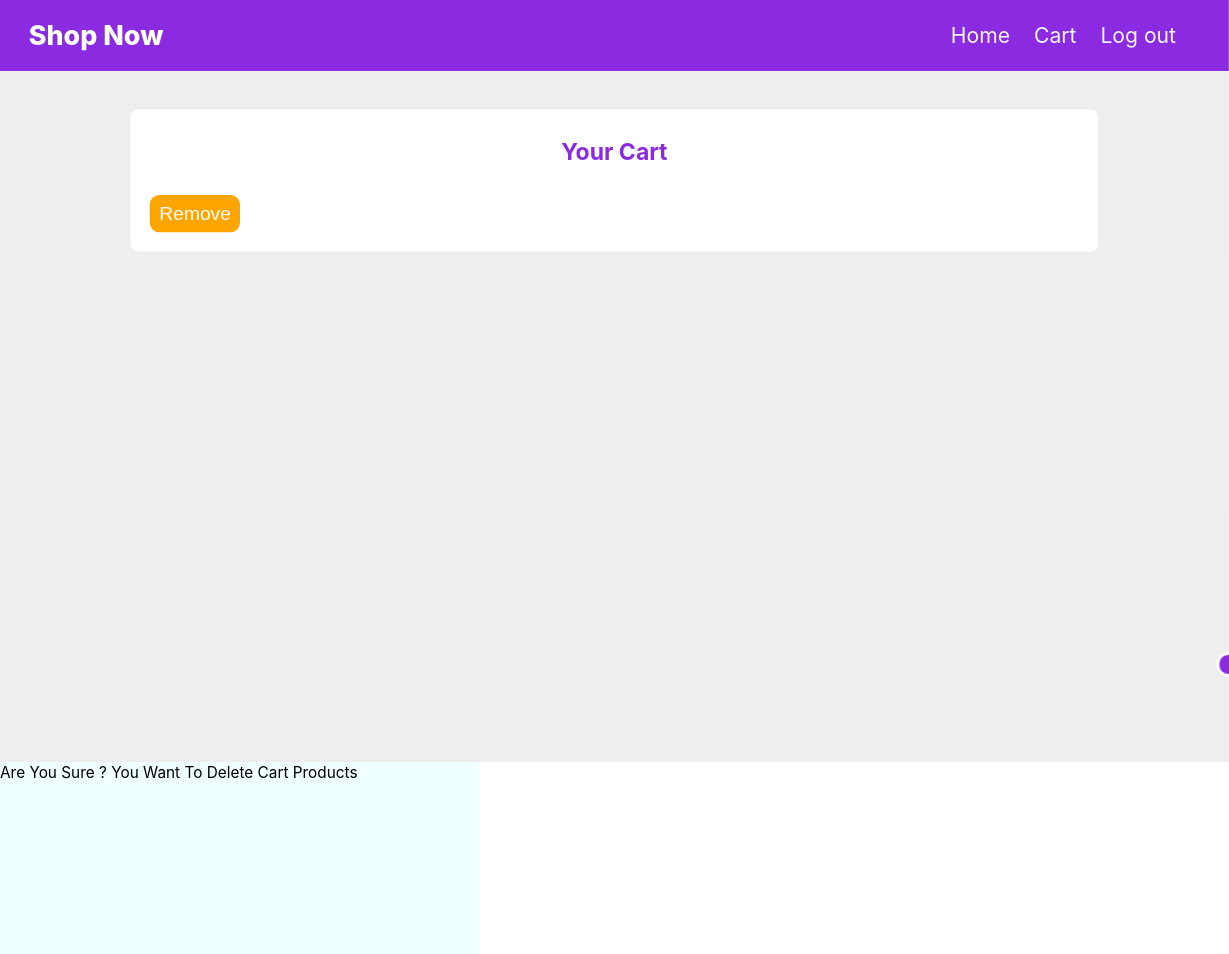
Repository: Eslam0Mohamed/simple-ecommerce-auth
Page: cart.html
An editor plug-in stored every save of this project. The page is shown before and after the next save, followed by the edit.
The browser window is 1280 px wide. The pictures show the whole page, at 96% of full size.
The page's requests for data from a server got no answer.

Above is the page before, as saved 2026-02-02 14:32:59.

### cart.html
<!DOCTYPE html>
<html lang="en">

<head>
    <meta charset="UTF-8">
    <meta name="viewport" content="width=device-width, initial-scale=1.0">
    <title>Cart</title>
    <link rel="stylesheet" href="style/style.css">
</head>

<body>
    <nav class="navbar">
        <div class="logo">Shop Now</div>
        <div class="nav-list">
            <ul>
                <li class="home-item">
                    <a href="index.html">Home</a>
                </li>
                <li class="cart-item">
                    <a href="cart.html">Cart</a>
                </li>
                <li class="logout-item">
                    <a href="login.html">Log out</a>
                </li>
                <li class="welcome-message"></li>
            </ul>
        </div>
    </nav>

    <section class="cart">
        <div class="cart-container">
            <h1 class="cart-heading">Your Cart</h1>
            <div class="cart-products-container">

            </div>
            <!-- <div class="cart-products">
                <div class="product-details">
                    <img src="./images/product.jpg" alt="">
                    <div class="product-details-text">
                        <h3>Lenovo Ideabad</h3>
                        <span>$300</span>
                    </div>
                </div>
                <div class="products-controls">
                    <button class="mince">- </button>
                    <button class="quantity">1</button>
                    <button class="plus">+</button>
                    <button class="remove">Remove</button>
                </div>
            </div> -->

            <h3 class="total-price"></h3>
             <button class="remove-all">Remove</button>
        </div>
    </section>

    <div class="model">
        <p class="model-message"></p>
    </div>
     <div class="delete-model">
        <p class=" delete-model-message">Are You Sure  ? You Want To Delete Cart Products</p>
    </div>

    <script src="javaScript/cart.js"></script>
</body>

</html>

### style/style.css
*{
    padding: 0;
    margin: 0;
    box-sizing: border-box;
}

body{
      font-family: "Inter", sans-serif;
      overflow-x: hidden;
}
span,a{
display: inline-block;
}
ul{
    list-style: none;
}
img{
    width: 100%;
    height: 100%;
}
a{
    text-decoration: none;
    color: inherit;
}

.navbar{
    padding: 20px 30px;
    background-color: blueviolet;
    display: flex;
    justify-content: space-between;
    align-items: center;
}
.logo{
    font-size: 28px;
    color: white;
    text-transform: capitalize;
    font-weight: 800;
    cursor: pointer;
}
.nav-list ul{
    display: flex;
    gap: 25px;
}
.nav-list ul li {
color: whitesmoke;
font-size: 22px;
font-weight: 400;
}
.nav-list ul li:hover{
    border-bottom: 1px solid black;
}
main{
    background-color: #eee;
    width: 100%;
    min-height: 100vh;
    padding: 25px 10px;
    position: relative;
}
main h1{
    text-align: center;
    font-weight: bold;
    padding: 25px 15px;
}
.container{
    width: 70%;
    margin:auto;
}
.products{
display: grid;
grid-template-columns: repeat(auto-fill,minmax(250px,1fr));
gap: 15px;
margin-top: 20px;
}
.product-box{
    background-color: white;
    border-radius: 24px;
    overflow: hidden;
}
.product-box img{
    width: 100%;
    height: 250px;
}
 .product-box .text-container{
    padding: 10px 15px;
    display: flex;
    justify-content: center;
    align-items: center;
    /* gap: 10px; */
    flex-direction: column;
}
.proudct-name{
    background-color: #eee;
    padding: 10px 15px;
    color: black;
    border-radius: 14px;
    font-size: 15px;
    text-align: center;
}
.product-price{
   color:blueviolet;
    padding: 8px 15px;
    border-radius: 4px;
    font-weight: 500;
    font-size: 18px;
}
.add-to-cart-button,.login-button{
    border: 2px solid #eee;
    background-color: blueviolet;
    color: #eee;
    padding: 8px 20px;
    border-radius: 10px;
    font-size: 18px;
    transition: all 0.3s;
    cursor: pointer;
}
.add-to-cart-button:hover{
    background-color: white;
    color: blueviolet;

}

.pagination{
    display: flex;
    gap: 30px;
    padding: 20px 10px;
    justify-content: center;
}
.pagination button {
    border: 2px solid #eee;
    background-color: white;
    color: blueviolet;
    padding: 8px 20px;
    border-radius: 10px;
    font-size: 18px;
    transition: all 0.3s;
    cursor: pointer;
}


/* ! log in  */

.login{
    background-color: #eee;
    width: 100%;
    height: 100vh;
    display: flex;
    justify-content: center;
    align-items: center;
        position: relative;
}

.form-container{
    background-color: white;
    padding: 25px 30px;
    border-radius: 12px;
    width: 400px;
}
.input-item {
display: flex;
flex-direction: column;
gap: 8px;
margin: 15px 0;

}
.input-item label {
color: dimgrey;
font-weight: 500;
}
.input-item input{
padding: 12px 10px;
width: 100%;
border: 1px solid #ddd;
background-color: transparent;
color: dimgrey;
border-radius: 8px;
font-size: 18px;
}
input:focus{
    outline: none;
}
.login-heading{
    text-align: center;
}
.login-button{
    margin: 15px auto;
    width: 100%;
}

.model{
    background-color: blueviolet;
    color: white;
    position: fixed;
    bottom: 15px;
    right: 20px;
    padding: 10px 15px;
    border-radius: 12px;
    border: 3px solid #fff;
    transition: all 0.8s linear;
    transform: translateX(120%);
   }
.model p{
font-size: 16px;
}


/* & Cart */

.cart{
    background-color: #eee;
    width: 100%;
    padding: 10px;
    min-height: 100vh;

}

.cart-container{
    width: 80%;
    background-color: #fff;
    padding: 10px 15px;
    margin: 30px auto;
    border-radius:8px ;
    padding: 20px 20px;
}
.cart-container h1{
text-align: center;
color: blueviolet;
 padding: 10px 0;
}
.cart-products{
display: flex;
justify-content: space-between;
align-items: center;
padding: 20px 0px;
border-top:1px solid #ddd ;
}
.product-details{
display: flex;
align-items: center;
gap: 20px;
}
.product-details img{
background-color: aliceblue;
width: 100px;
height: 100px;
}
.product-details span{
color: blueviolet;
font-weight: 600;
font-size: 20px;
}
.product-details-text{
display: flex;
flex-direction: column;
gap: 10px;
}

.products-controls{
display: flex;
align-items: center;
gap: 20px;
}
.mince,.plus,.quantity,.remove,.remove-all{
padding: 5px 10px;
background-color: blueviolet;
color: #fff;
font-weight: 500;
font-size: 20px;
border: none;
outline: none;
border-radius: 50%;
cursor: pointer;
}
.quantity{
border-radius: 0;
padding: 5px 10px;
background-color: #fff;
border: 1px solid #ddd;
color: blueviolet;
}
.remove,.remove-all{
    padding: 8px 10px;
    background-color: orange;
    border-radius: 10px;
}
.total-price{
    margin: 20px 0;
}
.delete-model{
background-color: azure;
width: 500px;
height: 200px;
}
.delete-model-message{

}

### javaScript/cart.js
//  * variables
const homeLink = document.querySelector(".home-item")
const totalPrice = document.querySelector(".total-price")
const removeAll = document.querySelector(".remove-all")
const cartLink = document.querySelector(".cart-item")
const logOutLink = document.querySelector(".logout-item")
const cartContainer = document.querySelector(".cart-products-container")
const welcomeMessage = document.querySelector(".welcome-message")
const userData = JSON.parse(localStorage.getItem("userData"))
const mince = document.querySelector(".mince")
const plus = document.querySelector(".plus")
const model = document.querySelector(".model")
const modelMessage = document.querySelector(".model-message")

displayUserNavbar()
// * function
function displayUserNavbar() {
    if (userData) {
        welcomeMessage.textContent = "welcome , " + userData.firstName
    }
}
function displayCartProducts(cartProducts,totalCartPrice){
    let cartBox = ""
    for (const element of cartProducts) {
        cartBox+=`
        <div class="cart-products">
        <div class="product-details">
                    <img src="${element.thumbnail}" alt="">
                    <div class="product-details-text">
                        <h3>${element.title}</h3>
                        <span> $${element.price.toFixed(0)}</span>
                        <span><b>Total Price</b> $${element.total.toFixed(0)}</span>
                    </div>
                </div>
                <div class="products-controls">
                    <button class="mince" onclick="updataCartData(this,${element.id},${element.quantity})"">- </button>
                    <button class="quantity">${element.quantity}</button>
                    <button class="plus" onclick="updataCartData(this,${element.id},${element.quantity})">+</button>
                    <button class="remove">Remove</button>
                </div>
        </div>
                `
     }


     cartContainer.innerHTML = cartBox
     totalPrice.innerHTML ="Total Products Price : $ " + totalCartPrice.toFixed(2)
}
// * Api
getCartProducts()
async function getCartProducts(){
    const cartId = localStorage.getItem("cartId")
    try {
        // const response = await fetch(`https://dummyjson.com/carts/user/${userData.id}`)
        const response = await fetch(`https://dummyjson.com/carts/${1}`)
        const data = await response.json()
          displayCartProducts(data.products,data.total)
    } catch (error) {
        console.log(error);
        // & message for handle error
    }
}
async function updataCartData(btn,id){
try {
    const cartItem = btn.closest(".cart-products")
    console.log(cartItem);
    let quantity = Number(cartItem.querySelector(".quantity").textContent)
if (btn.classList.contains("plus")) {
    console.log("plus");
    quantity++
}
else{
    console.log("mince");
    quantity--
}
if (quantity<0) {
  return
}
   var response =await fetch(`https://dummyjson.com/carts/${1}`, {
  method: 'PUT',
  headers: { 'Content-Type': 'application/json' },
  body: JSON.stringify({
    merge: true,
    products: [
      {
        id: id,
        quantity: quantity,
      },
    ]
  })
})
const data = await response.json()
console.log(data.products[0].quantity,data.total);
displayCartProducts(data.products,data.total)
        modelMessage.textContent = "You Have Change The Quantity"
        model.style.transform = "translateX(0)"
        setTimeout(() => {
            model.style.transform = "translateX(120%)"
        }, 2000)
}

catch(error) {
    console.log(error);
    // !message for handle error alert(error)
}
}
async function deleteCart() {
    const response = fetch(`https://dummyjson.com/carts/1`,{method:"DELETE"})
    console.log(response);

}
// * events
removeAll.addEventListener("click",()=>{
console.log("Remove Button Clicked");

deleteCart()

})

logOutLink.addEventListener("click", (e) => {
    e.preventDefault()
    modelMessage.textContent = "Now You Are Logged Out"
    model.style.transform = "translateX(0)"
    setTimeout(() => {
        model.style.transform = "translateX(120%)"
        location.href = "../login.html"
    }, 2000)
    localStorage.removeItem("userData")
})

After the next save:
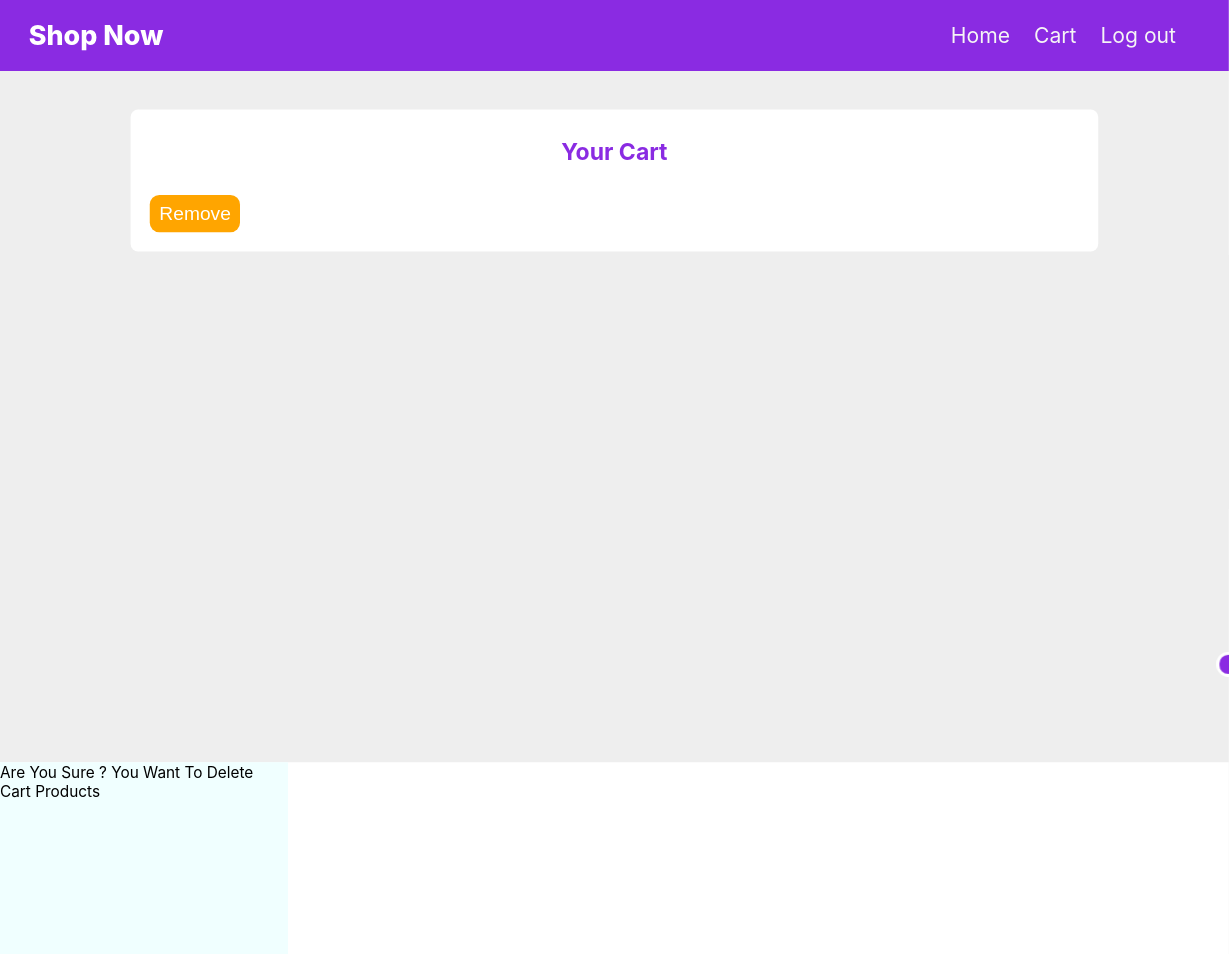
Saved 15 s later.
--- a/style/style.css
+++ b/style/style.css
@@ -287,7 +287,7 @@
 }
 .delete-model{
 background-color: azure;
-width: 500px;
+width: 300px;
 height: 200px;
 }
 .delete-model-message{

After the save that followed:
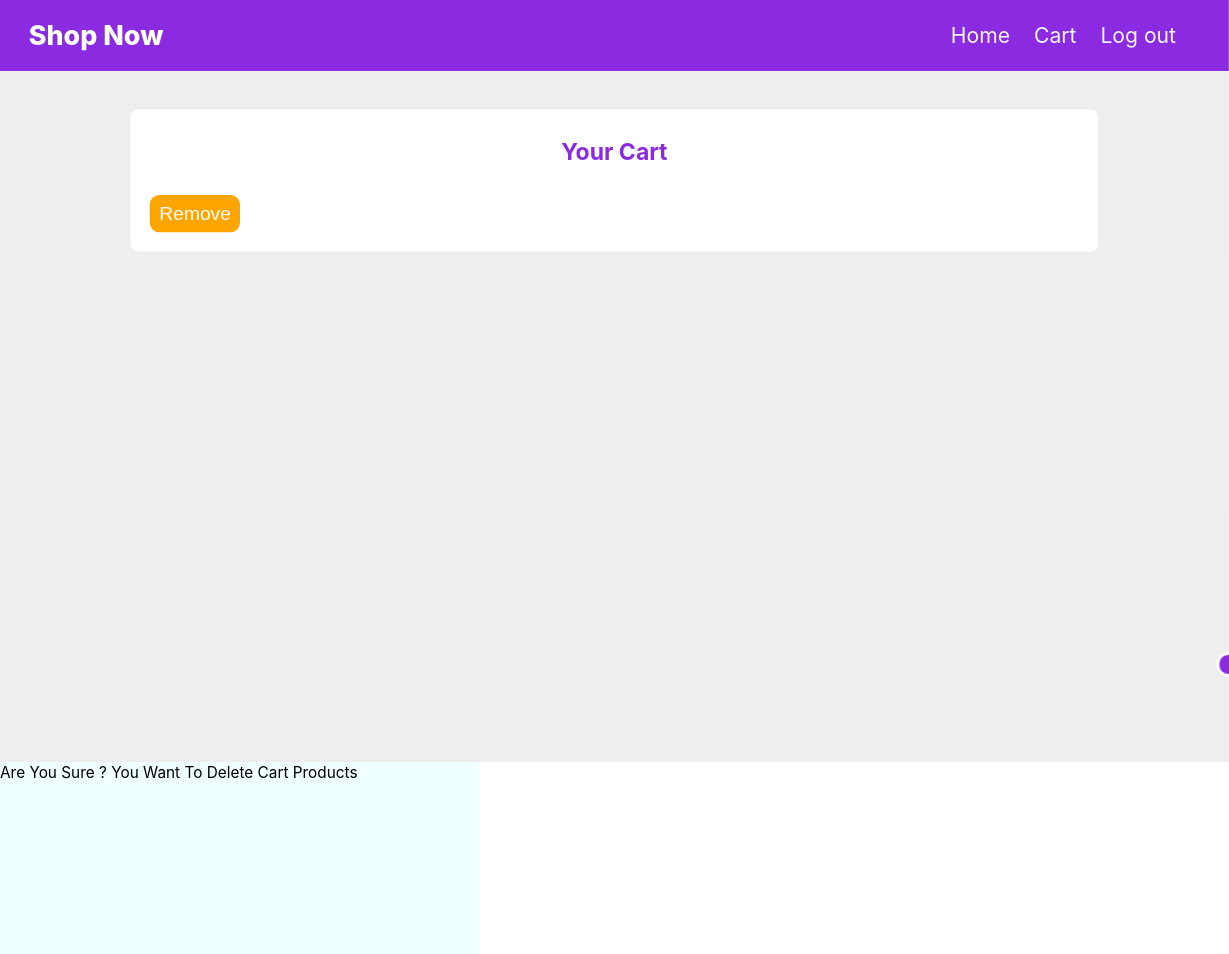
Saved 11 s later.
--- a/style/style.css
+++ b/style/style.css
@@ -287,7 +287,7 @@
 }
 .delete-model{
 background-color: azure;
-width: 300px;
+width: 500px;
 height: 200px;
 }
 .delete-model-message{
